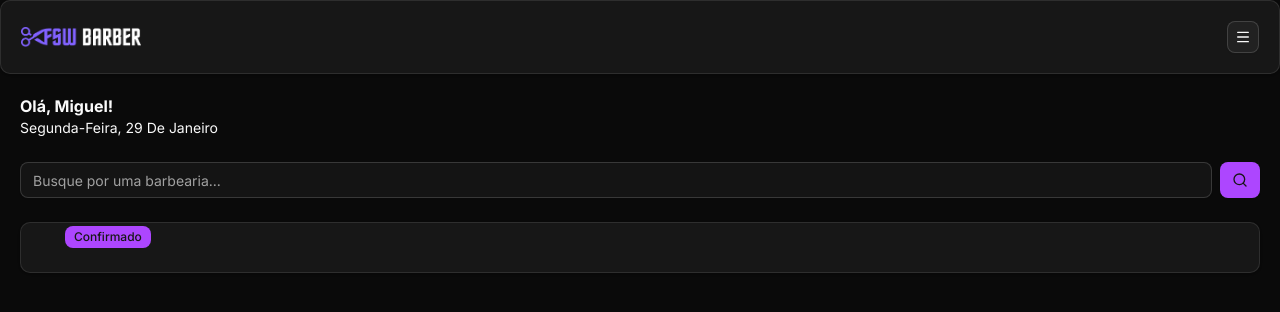
Repository: PaulinhoMachadooo/Barber
Page: /
The author's editor kept a copy of each file at every save. The page is drawn from the files as they stood at one save, then again after the next save.
The browser window is 1280 px wide. The pictures show the whole page.
The project was rebuilt for these pictures with package versions that can differ from the ones it lists, and the page was loaded fresh each time. The framework's server and built-in components were replaced by stand-ins that run in the browser. Also part of the build but not shown: next.config.ts.

Above is the page before, as saved 2025-04-13 18:21:27.

After the next save:
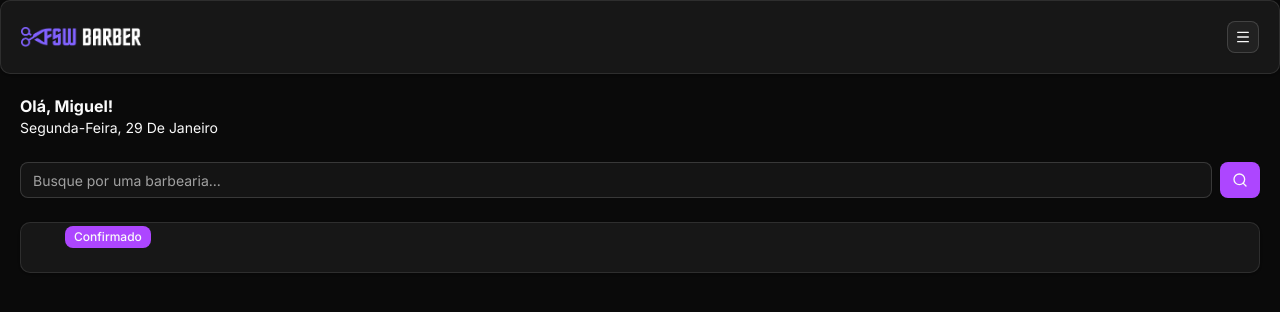
Saved 52 s later.
--- a/app/globals.css
+++ b/app/globals.css
@@ -86,7 +86,7 @@
   --popover: oklch(0.205 0 0);
   --popover-foreground: oklch(0.985 0 0);
   --primary: oklch(0.627 0.265 303.9);
-  --primary-foreground: oklch(0.205 0 0);
+  --primary-foreground: oklch(0.985 0 0);
   --secondary: oklch(0.269 0 0);
   --secondary-foreground: oklch(0.985 0 0);
   --muted: oklch(0.269 0 0);
